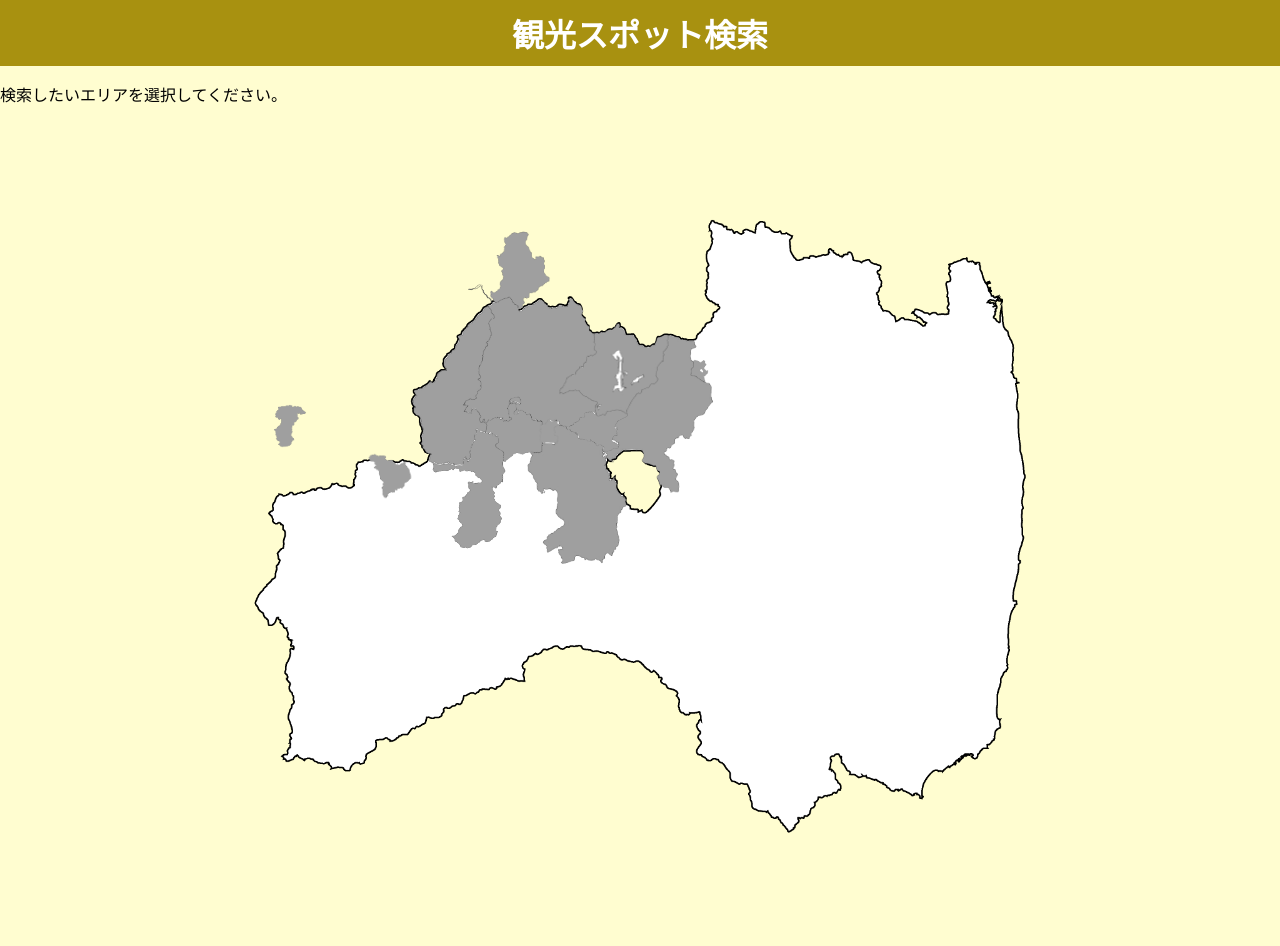
Repository: ryoutana/tanaryou.github.io
Page: Downloads/project/index.html
The author's editor kept a copy of each file at every save. The page is drawn from the files as they stood at one save, then again after a run of saves.
The browser window is 1280 px wide. The pictures show the whole page.

Above is the page before, as saved 2025-04-29 13:53:35.

After the next 15 saves:
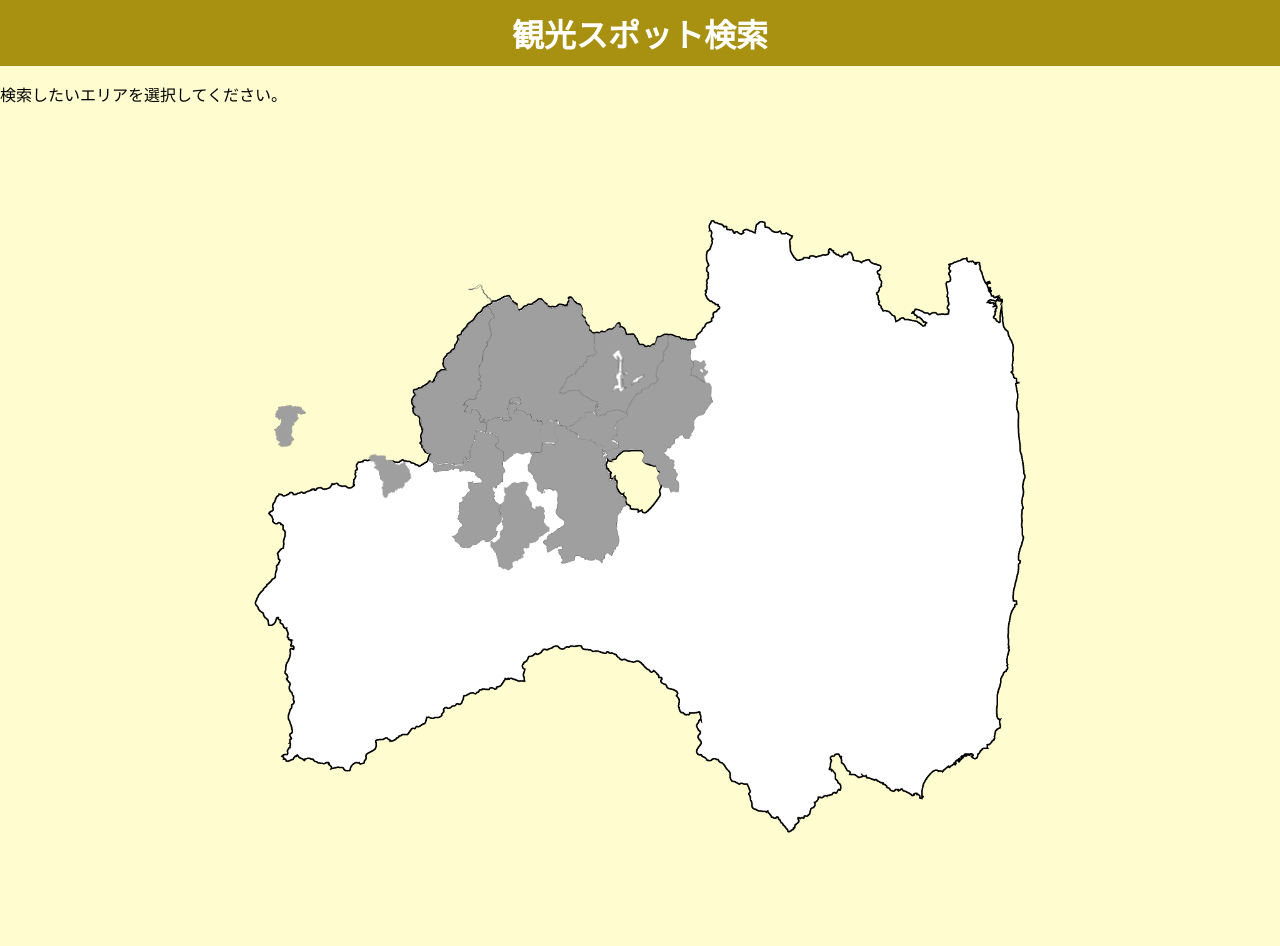
The 15 saves are shown as one change because they came seconds apart.
The last was saved 23 s later.
--- a/Downloads/project/script.js
+++ b/Downloads/project/script.js
@@ -4,7 +4,7 @@
 const spots = [
     { name: '会津坂下町', img: '会津坂下町(白地図).png', x: 275, y: 303, width: 78 },
     { name: '会津若松市', img: '会津若松市(白地図).png', x: 337, y: 368, width: 158 },
-    { name: '会津美里町', img: '会津美里町(白地図).png', x: 280, y: 150, width: 100 },
+    { name: '会津美里町', img: '会津美里町(白地図).png', x: 280, y: 400, width: 100 },
     { name: '喜多方市', img: '喜多方市(白地図).png', x: 291, y: 230, width: 170 },
     { name: '金山町', img: '金山町(白地図).png', x: 450, y: 250, width: 45 },
     { name: '三島町', img: '三島町(白地図).png', x: 50, y: 300, width: 50 },
